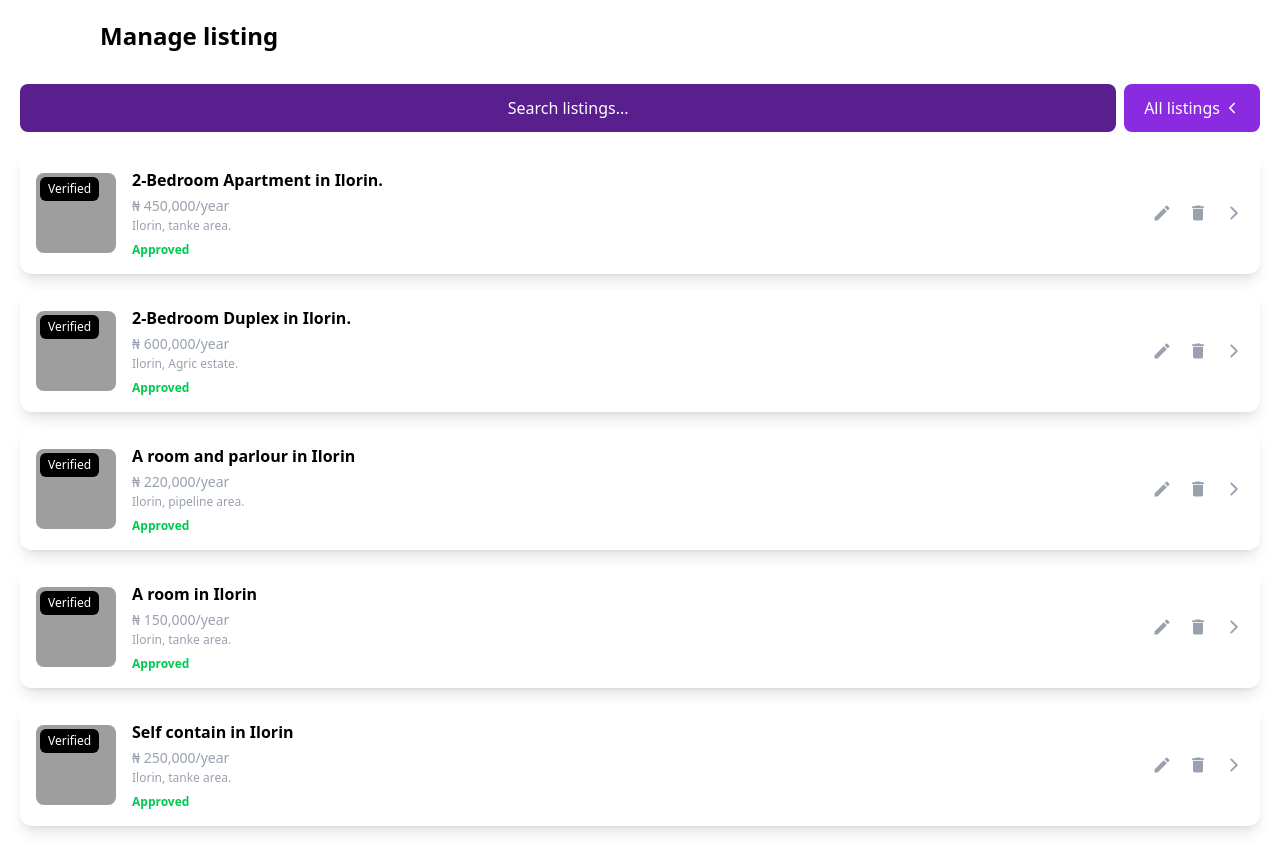
Repository: Em-driod/spotify-clone
Page: /Manage
These files come from the project's save history. The page is drawn as it stood at one moment and after the next save; the edit follows.
The browser window is 1280 px wide. The pictures show the whole page.
Pictures or frames that could not be fetched are drawn as grey boxes. The project was rebuilt for these pictures with package versions that can differ from the ones it lists, and the page was loaded fresh each time. Also part of the build but not shown: vite.config.ts, src/pages/veryify.tsx, src/pages/LandingPage.tsx, src/pages/Back.tsx, src/pages/Change.tsx, src/pages/onboard.tsx, src/pages/Skips.tsx, src/pages/Otp.tsx and 6 more.

Above is the page before, as saved 2025-07-09 16:49:41.

### src/App.tsx
import { BrowserRouter as Router, Routes, Route, useLocation } from 'react-router-dom';
import { AnimatePresence } from 'framer-motion';
import Welcome from './pages/veryify';
import LandingPage from './pages/LandingPage';
import Back from './pages/Back';
import Change from './pages/Change';
import Skips from './pages/Skips';
import Otp from './pages/Otp';
import First from './pages/First';
import Second from './pages/second';
import Fourth from './pages/fourth';
import Third from './pages/Third';
import Fifth from './pages/fifth';
import Signup from './pages/Signup';
import Manage from  './pages/Manage'


const AnimatedRoutes = () => {
  const location = useLocation();

  return (
    <AnimatePresence mode="wait">
      <Routes location={location} key={location.pathname}>
        <Route path="/" element={<LandingPage />} />
        <Route path="/skip" element={<Skips />} />
       <Route path="/welcome" element={<Welcome />} />
       <Route path="/back" element={<Back />} />
       <Route path="/forget" element={<Change />} />
       <Route path="/Otp" element={<Otp />} />
       <Route path="/first" element={<First />} />
       <Route path="/second" element={<Second />} />
        <Route path="/third" element={<Third />} />
        <Route path="/fourth" element={<Fourth />} />
        <Route path="/fifth" element={<Fifth />} />
        <Route path="/signup" element={<Signup />} />
        <Route path="/Manage" element={<Manage />} />
        {/* Add more routes as needed */}

      </Routes>
    </AnimatePresence>
  );
};

const App = () => {
  return (
    <Router>
      <AnimatedRoutes />
    </Router>
  );
};

export default App;

### src/pages/Manage.tsx


import { IoIosArrowBack, IoIosArrowDown } from 'react-icons/io';
import { MdEdit, MdDelete } from 'react-icons/md';

const Manage = () => {
  const listings = [
    {
      id: 1,
      image: '/path/to/your/bedroom-apartment.png', // Replace with actual image paths
      type: '2-Bedroom Apartment in Ilorin.',
      price: '₦ 450,000/year',
      location: 'Ilorin, tanke area.',
      status: 'Approved',
    },
    {
      id: 2,
      image: '/path/to/your/duplex.png',
      type: '2-Bedroom Duplex in Ilorin.',
      price: '₦ 600,000/year',
      location: 'Ilorin, Agric estate.',
      status: 'Approved',
    },
    {
      id: 3,
      image: '/path/to/your/room-parlour.png',
      type: 'A room and parlour in Ilorin',
      price: '₦ 220,000/year',
      location: 'Ilorin, pipeline area.',
      status: 'Approved',
    },
    {
      id: 4,
      image: '/path/to/your/room.png',
      type: 'A room in Ilorin',
      price: '₦ 150,000/year',
      location: 'Ilorin, tanke area.',
      status: 'Approved',
    },
    {
      id: 5,
      image: '/path/to/your/self-contain.png',
      type: 'Self contain in Ilorin',
      price: '₦ 250,000/year',
      location: 'Ilorin, tanke area.',
      status: 'Approved',
    },
  ];

  return (
    <div className="min-h-screen p-5 bg-white text-black font-sans">
      {/* Header */}
      <div className="flex items-center mb-8">
        <IoIosArrowBack size={24} className="text-white mr-5 cursor-pointer" />
        <h1 className="text-2xl font-bold text-center ml-9">Manage listing</h1>
      </div>

      {/* Search and Filter */}
      <div className="flex justify-between mb-5">
        <button className="bg-[#5a1f8e] text-white rounded-lg px-5 py-3 text-base cursor-pointer flex-1 mr-2">
          Search listings...
        </button>
        <button className="bg-[#8a2be2] text-white rounded-lg px-5 py-3 text-base cursor-pointer flex items-center">
          All listings <IoIosArrowDown size={16} className="ml-1 rotate-90" />
        </button>
      </div>

      {/* Listings */}
      <div>
        {listings.map((listing) => (
          <div key={listing.id} className="bg-white rounded-xl p-4 mb-4 flex items-center shadow-lg">
            <div className="relative mr-4">
              {/* Verified Badge */}
              <span className="absolute top-1 left-1 bg-black text-white text-xs px-2 py-1 rounded-md z-10">Verified</span>
              <img src={listing.image} alt={listing.type} className="w-20 h-20 rounded-lg object-cover" />
            </div>
            <div className="flex-1">
              <h3 className="text-base font-bold mb-1">{listing.type}</h3>
              <p className="text-sm text-gray-400 mb-0.5">{listing.price}</p>
              <p className="text-xs text-gray-400 mb-2">{listing.location}</p>
              <p className="text-xs text-green-500 font-bold">{listing.status}</p>
            </div>
            <div className="flex items-center">
              <MdEdit size={20} className="text-gray-400 ml-4 cursor-pointer" />
              <MdDelete size={20} className="text-gray-400 ml-4 cursor-pointer" />
              <IoIosArrowBack size={20} className="text-gray-400 ml-4 cursor-pointer rotate-180" /> {/* Rotated for forward */}
            </div>
          </div>
        ))}
      </div>
    </div>
  );
};

export default Manage;

Loaded but not shown: index.html (common file); src/main.tsx (common file); src/index.css (common file)

After the next save:
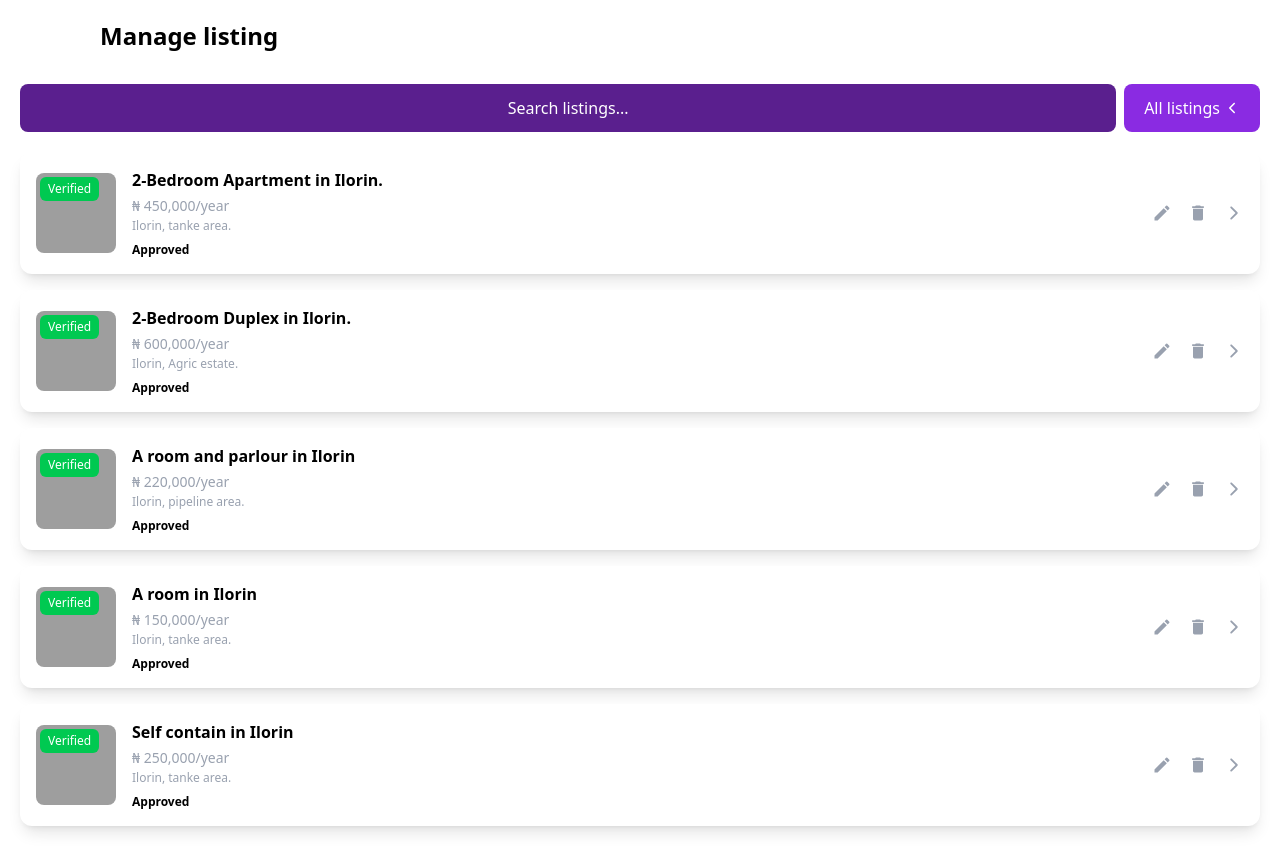
Saved 31 s later.
--- a/src/pages/Manage.tsx
+++ b/src/pages/Manage.tsx
@@ -71,14 +71,14 @@ const Manage = () => {
           <div key={listing.id} className="bg-white rounded-xl p-4 mb-4 flex items-center shadow-lg">
             <div className="relative mr-4">
               {/* Verified Badge */}
-              <span className="absolute top-1 left-1 bg-black text-white text-xs px-2 py-1 rounded-md z-10">Verified</span>
+              <span className="absolute top-1 left-1 bg-green-500 text-white text-xs px-2 py-1 rounded-md z-10">Verified</span>
               <img src={listing.image} alt={listing.type} className="w-20 h-20 rounded-lg object-cover" />
             </div>
             <div className="flex-1">
               <h3 className="text-base font-bold mb-1">{listing.type}</h3>
               <p className="text-sm text-gray-400 mb-0.5">{listing.price}</p>
               <p className="text-xs text-gray-400 mb-2">{listing.location}</p>
-              <p className="text-xs text-green-500 font-bold">{listing.status}</p>
+              <p className="text-xs text- black font-bold">{listing.status}</p>
             </div>
             <div className="flex items-center">
               <MdEdit size={20} className="text-gray-400 ml-4 cursor-pointer" />
